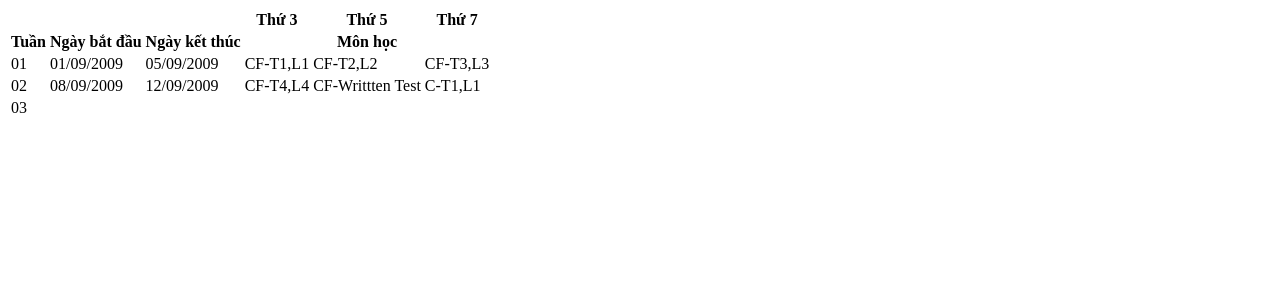
Repository: Lehuyhuynh/BT1-HTML
Page: index.html
These files come from the project's save history. The page is drawn as it stood at one moment and after the next save; the edit follows.
The browser window is 1280 px wide. The pictures show the whole page.

Above is the page before, as saved 2023-08-06 21:10:03.

After the next save:
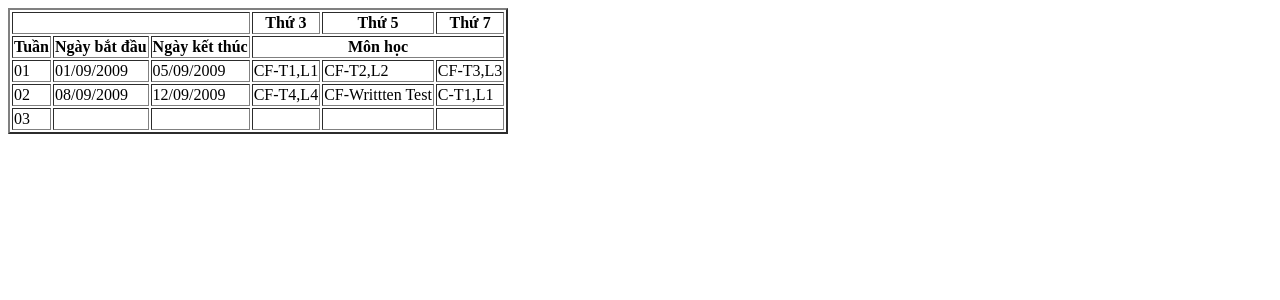
Saved 4 s later.
--- a/index.html
+++ b/index.html
@@ -8,7 +8,7 @@
 <body>
 
   <div>
-    <table border="0">
+    <table border="2">
       <tr>
         <th colspan="3"></th>
         <th>Thứ 3</th>
